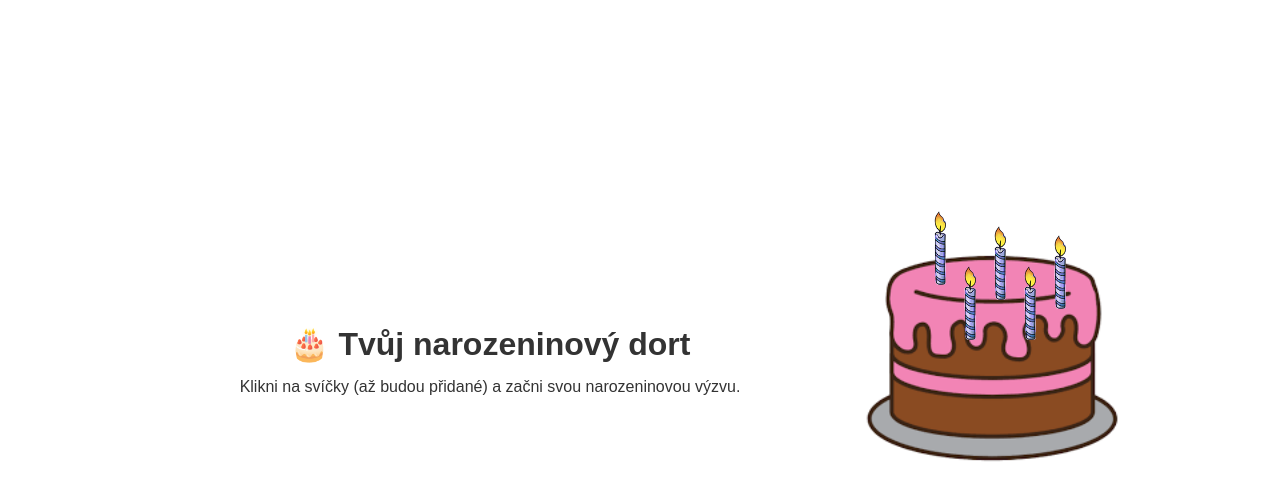
Repository: DanielMicka/darek
Page: html/cake.html
These files come from the project's save history. The page is drawn as it stood at one moment and after the next save; the edit follows.
The browser window is 1280 px wide. The pictures show the whole page.

Above is the page before, as saved 2026-06-13 19:20:58.

After the next save:
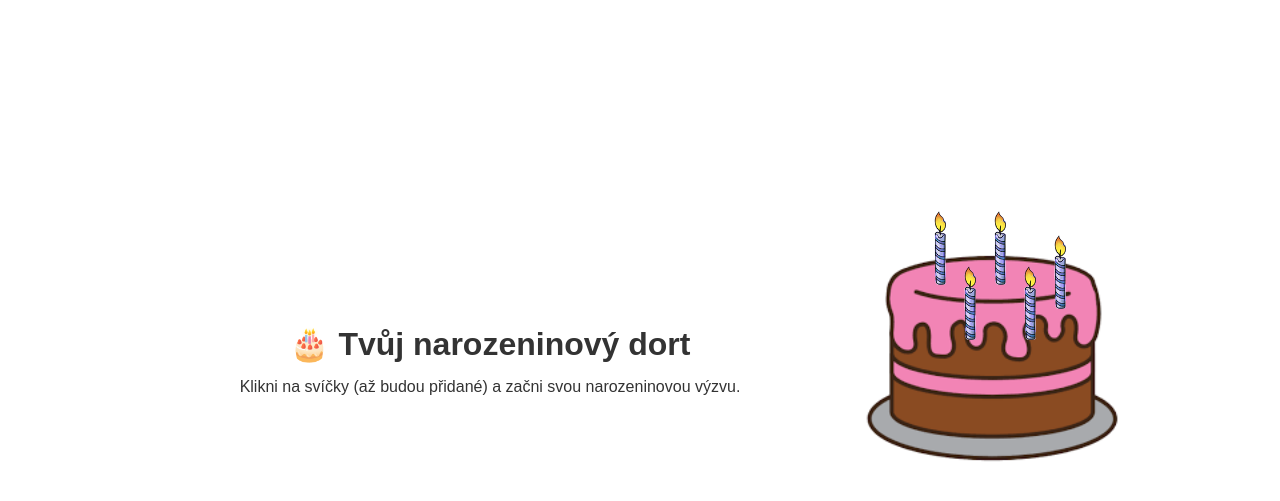
Saved 17 s later.
--- a/html/styles.css
+++ b/html/styles.css
@@ -90,7 +90,7 @@
 
 /* Svíčka 2 */
 .c2 {
-    top: 5%;
+    top: 0.01%;
     left: 40%;
 }
 
